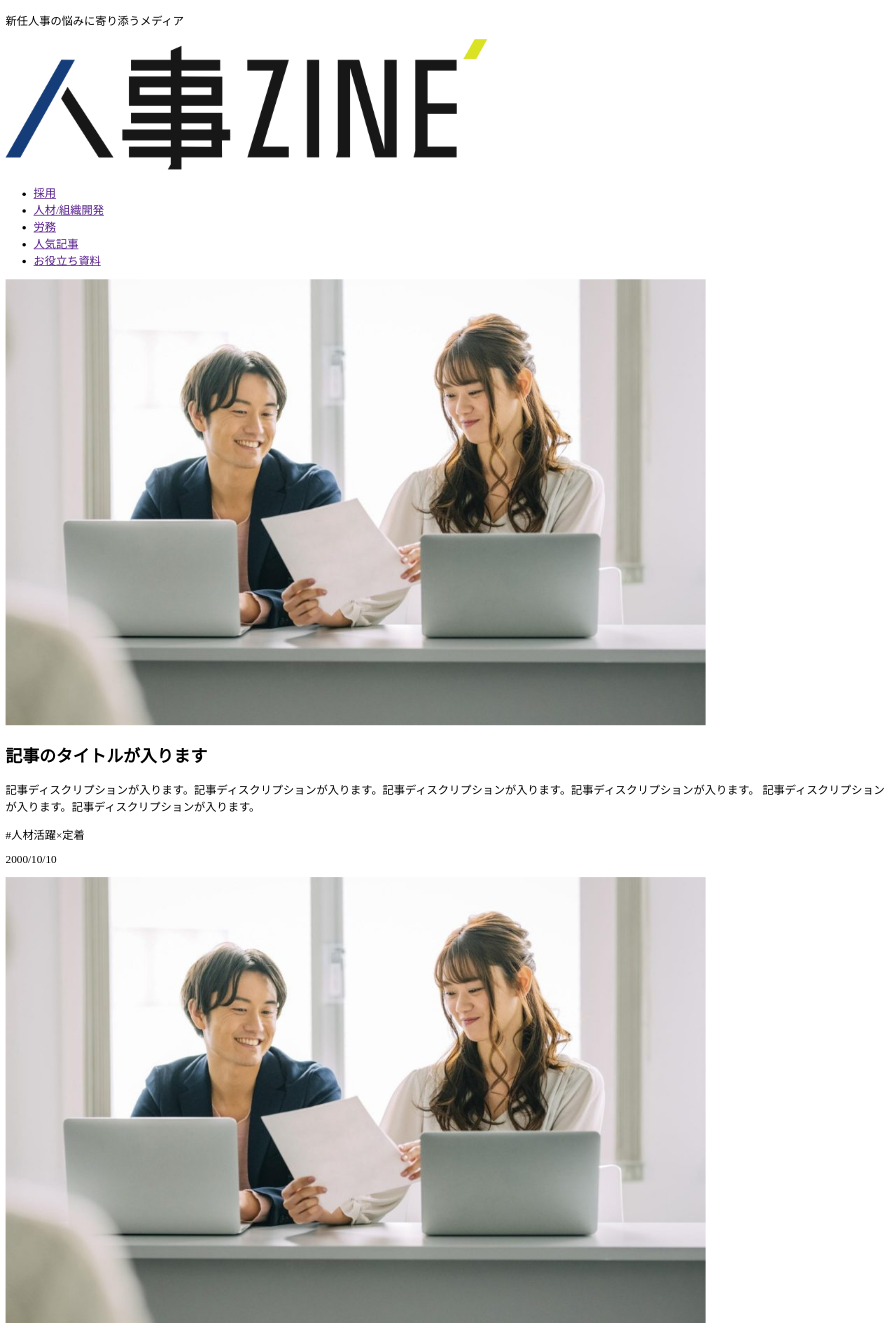
Repository: daisukey623/WpPractice
Page: index.html
An editor plug-in stored every save of this project. The page is shown before and after the next save, followed by the edit.
The browser window is 1280 px wide. The pictures show the part of the page from y = 0 to 1920 px (the page is 3906 px tall before and 3932 px after), at 70% of full size.

Above is the page before, as saved 2021-09-23 10:02:13.

After the next save:
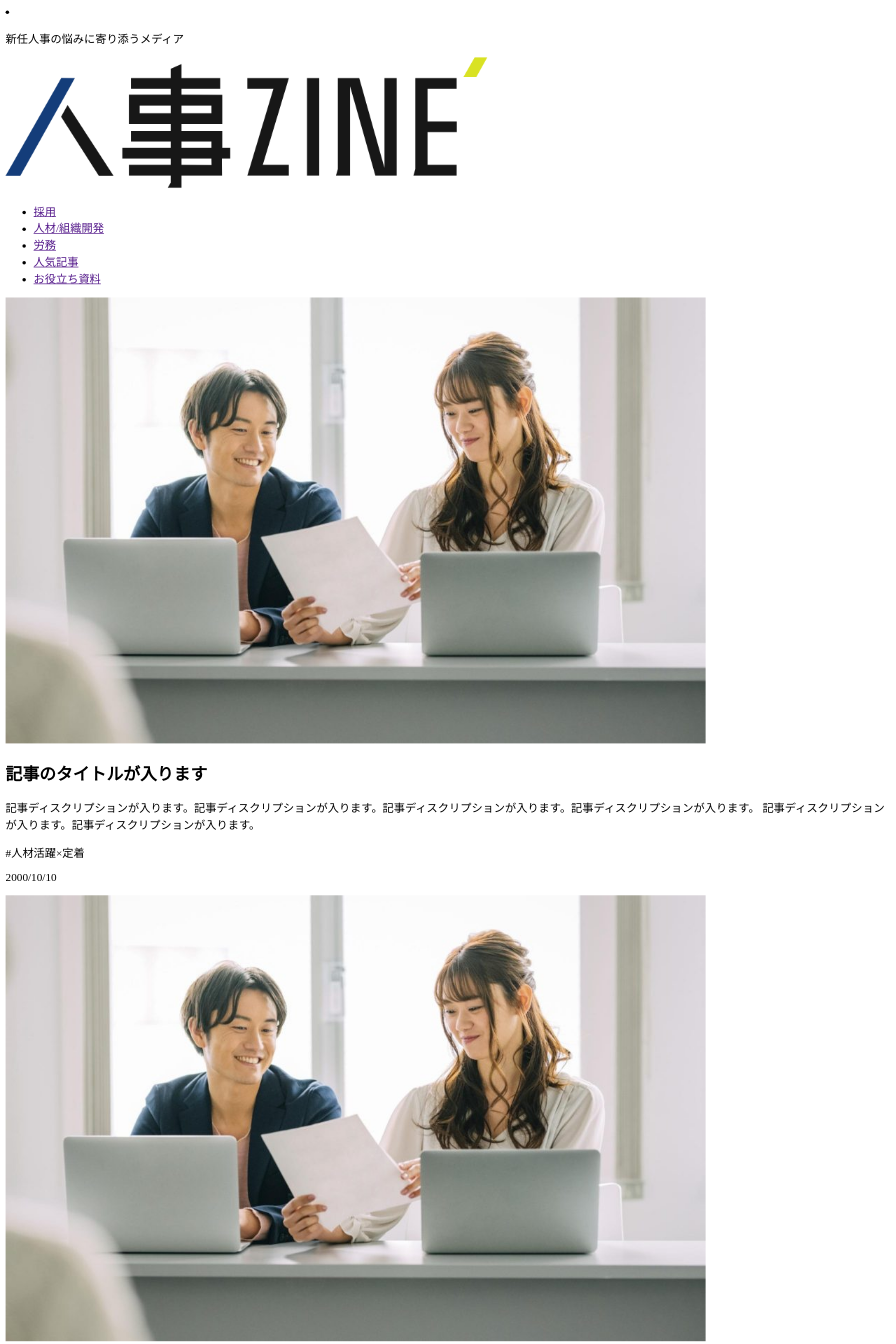
Saved 30 s later.
--- a/index.html
+++ b/index.html
@@ -3,7 +3,9 @@
   <head>
     <meta charset="UTF-8" />
     <meta http-equiv="X-UA-Compatible" content="IE=edge" />
-    <meta name="viewport" content="width=device-width, initial-scale=1.0" />
+    <meta name="viewport" content="width=device-width, initial-scale=1.0" /><li>
+
+    </li>
     <title>Document</title>
   </head>
   <body>

After the 2 saves that followed:
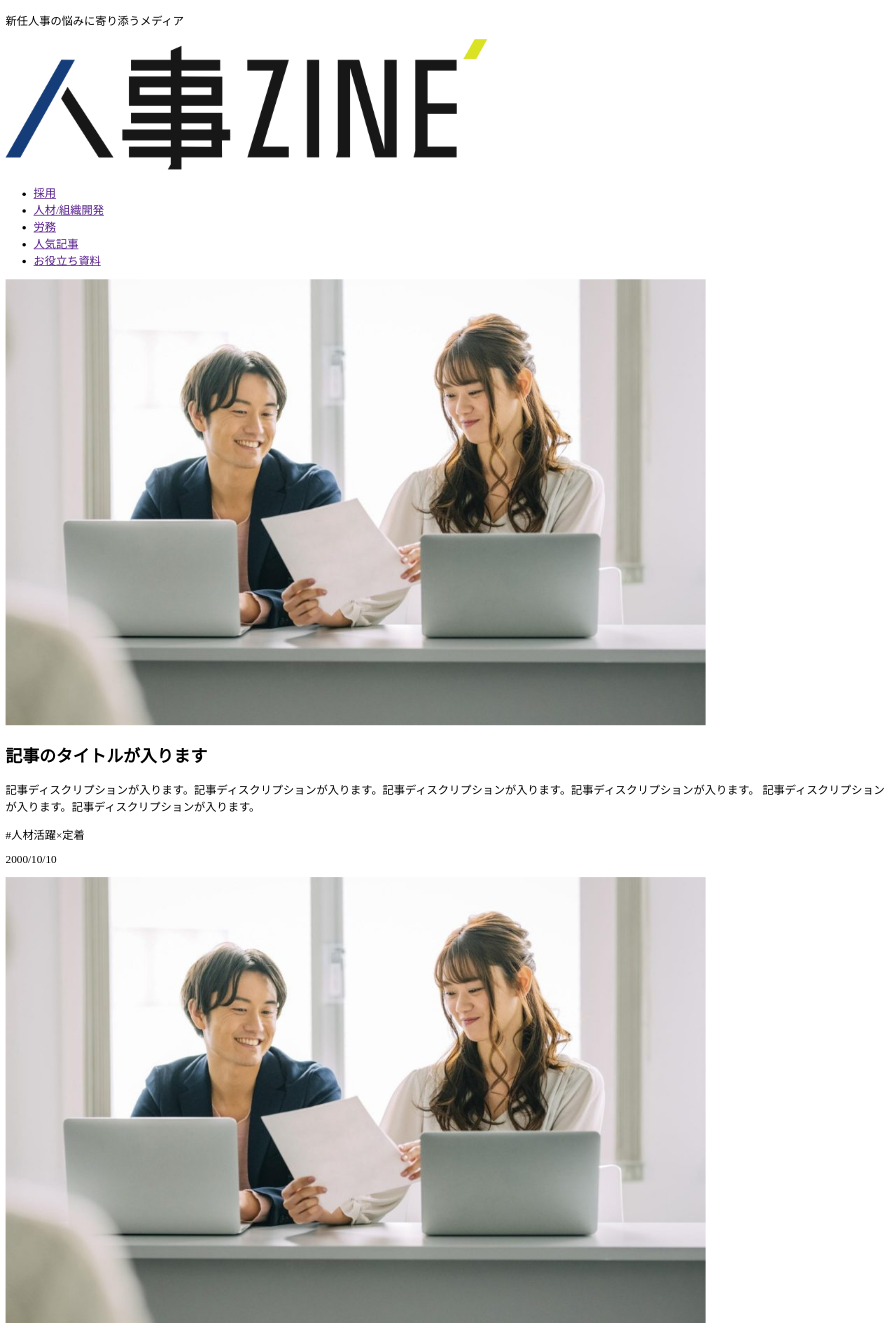
The 2 saves are shown as one change because they came seconds apart.
The last was saved 6 s later.
--- a/index.html
+++ b/index.html
@@ -3,9 +3,8 @@
   <head>
     <meta charset="UTF-8" />
     <meta http-equiv="X-UA-Compatible" content="IE=edge" />
-    <meta name="viewport" content="width=device-width, initial-scale=1.0" /><li>
-
-    </li>
+    <meta name="viewport" content="width=device-width, initial-scale=1.0" />
+    <link rel="stylesheet" href="style.css">
     <title>Document</title>
   </head>
   <body>
